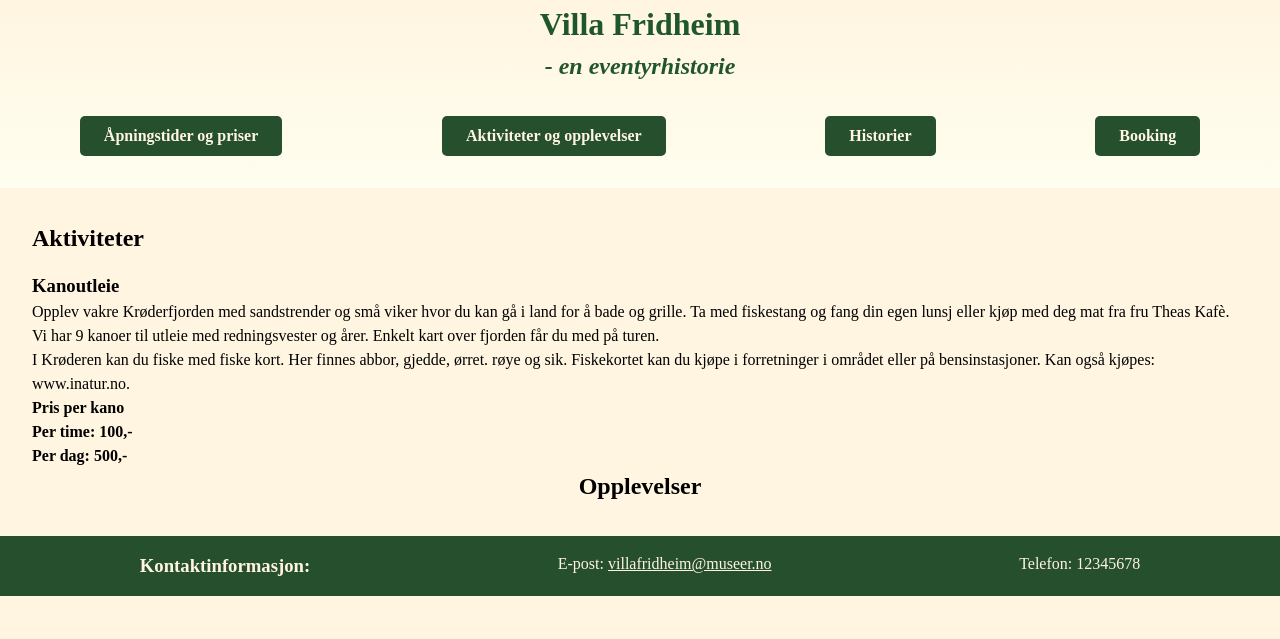
Repository: IdaHolmen/villa-fridheim
Page: src/activities.html
An editor plug-in stored every save of this project. The page is shown before and after the next save, followed by the edit.
The browser window is 1280 px wide. The pictures show the whole page.
Some web fonts or font styles are not loaded; a fallback is used.

Above is the page before, as saved 2024-10-07 13:40:51.

### src/activities.html
<!DOCTYPE html>
<html lang="en">
    <head>
        <meta charset="UTF-8" />
        <meta name="viewport" content="width=device-width, initial-scale=1.0" />
        <title>Villa Fridheim</title>
        <link rel="stylesheet" type="text/css" href="../css/reset.css" />
        <link rel="stylesheet" type="text/css" href="../css/style.css" />
    </head>
    <body>
        <header>
            <h1>Villa Fridheim</h1>
            <h2 id="sub-heading">- en eventyrhistorie</h2>

            <nav class="nav-bar">
                <a href="../index.html" class="nav-link">Åpningstider og priser</a>
                <a href="./activities.html" class="nav-link">Aktiviteter og opplevelser</a>
                <a href="./stories.html" class="nav-link">Historier</a>
                <a href="./booking.html" class="nav-link">Booking</a>
            </nav>
        </header>

        <main class="main-activities-container">
            <section class="activities-section">
                <h2>Aktiviteter</h2>
                <article class="activities">
                    <h3>Kanoutleie</h3>
                    <p>
                        Opplev vakre Krøderfjorden med sandstrender og små viker hvor du kan gå i land for å bade og
                        grille. Ta med fiskestang og fang din egen lunsj eller kjøp med deg mat fra fru Theas Kafè.
                    </p>
                    <p>
                        Vi har 9 kanoer til utleie med redningsvester og årer. Enkelt kart over fjorden får du med på
                        turen.
                    </p>
                    <p>
                        I Krøderen kan du fiske med fiske kort. Her finnes abbor, gjedde, ørret. røye og sik.
                        Fiskekortet kan du kjøpe i forretninger i området eller på bensinstasjoner. Kan også kjøpes:
                        www.inatur.no.
                    </p>
                    <div class="bold-text">
                        <p>Pris per kano</p>
                        <p>Per time: 100,-</p>
                        <p>Per dag: 500,-</p>
                    </div>
                </article>
            </section>
            <section class="experiences-section">
                <h2>Opplevelser</h2>
            </section>
        </main>

        <footer class="footer">
            <h3>Kontaktinformasjon:</h3>
            <p>
                E-post:
                <a href="" id="email-element">villafridheim@museer.no</a>
            </p>
            <p>Telefon: 12345678</p>
        </footer>
    </body>
</html>

### css/reset.css
*, *::before, *::after {
	box-sizing: border-box;
  }

* {
	margin: 0;
	padding: 0;
}

body {
	line-height: 1.5;
	-webkit-font-smoothing: antialiased;
}

img, picture, video, canvas, svg {
	display: block;
	max-width: 100%;
}

input, textarea, select {
	font: inherit;
}

p, h1, h2, h3, h4, h5, h6 {
	overflow-wrap: break-word;
}

#root, #__next {
	isolation: isolate;
}

button {
	font: inherit;
	background: transparent;
	border: none;
	cursor: pointer;
	touch-action: manipulation;
}

a {
	color: inherit;
	text-decoration: none;
}

### css/style.css
@import url('https://fonts.googleapis.com/css2?family=Caudex:ital,wght@0,400;0,700;1,400;1,700&display=swap');

/* BODY STYLING */
body {
    height: 100vh;
    width: 100%;
    display: flex;
    flex-direction: column;
    background-color: #fff5e1;
    font-family: 'Caudex', 'Times New Roman', Times, serif;
}

/* HEADER STYLING */
header {
    display: flex;
    flex-direction: column;
    justify-content: center;
    align-items: center;
    background: linear-gradient(180deg, rgba(255, 245, 225, 1) 0%, rgba(255, 254, 239, 1) 100%);
    color: #20562b;
    flex-basis: 15%;
}

#sub-heading {
    font-style: italic;
}

.nav-bar {
    width: 100%;
    color: black;
    display: flex;
    justify-content: space-around;
    flex-direction: row;
    text-align: center;
    margin: 1rem;
}

.nav-link {
    text-decoration: none;
    background-color: #264f2e;
    color: #fff5e1;
    padding: 0.5rem 1.5rem;
    font-weight: bold;
    margin: 1rem 2rem;
    border-radius: 5px;
    display: flex;
}

.nav-link:hover {
    background-color: #407e4d;
}

.nav-link:active {
    background-color: #162c1b;
}

#home-symbol {
    margin-right: 0.5rem;
}

/* FRONT PAGE STYLING */
.section-headline {
    font-size: 1.25rem;
}

.main-container {
    flex-basis: 80%;
    text-align: center;
    margin: 2rem;
}

.about-section {
    width: 100%;
    padding: 24px;
    display: flex;
}

.about-text {
    flex-basis: 50%;
    display: flex;
    justify-content: center;
    align-items: center;
    padding: 24px;
}

.image-container {
    flex-basis: 50%;
}

.front-page-images {
    border-radius: 3%;
}

/* STYLING FOR INFO PAGE */
.main-info-container {
    display: flex;
    flex-direction: row;
    align-items: center;
    margin: 2rem;
}

.info-text-container {
    flex-basis: 50%;
    width: 90%;
}

.info-image-container {
    flex-basis: 50%;
}

.info-image-container > img {
    border-radius: 3%;
}

.opening-hours-section,
.directions-section,
.prices-section {
    margin-bottom: 1rem;
}

.hours,
.price-element {
    margin: 1rem 0;
}

.price-element {
    width: 90%;
    display: flex;
    flex-direction: row;
    align-items: center;
    justify-content: space-between;
    font-size: 1rem;
}

/* STYLING FOR ACTIVITIES PAGE */
.main-activities-container {
    display: flex;
    flex-direction: column;
    align-items: center;
    margin: 2rem;
}

.activities {
    margin-top: 1rem;
}

.bold-text {
    font-weight: 900;
}

/* FOOTER */
footer {
    background-color: #264f2e;
    color: #fff5e1;
    flex-basis: 5%;
    display: flex;
    flex-direction: row;
    justify-content: space-around;
    padding: 1rem;
    font-size: 1rem;
}

a#email-element {
    text-decoration: underline;
}

After the next save:
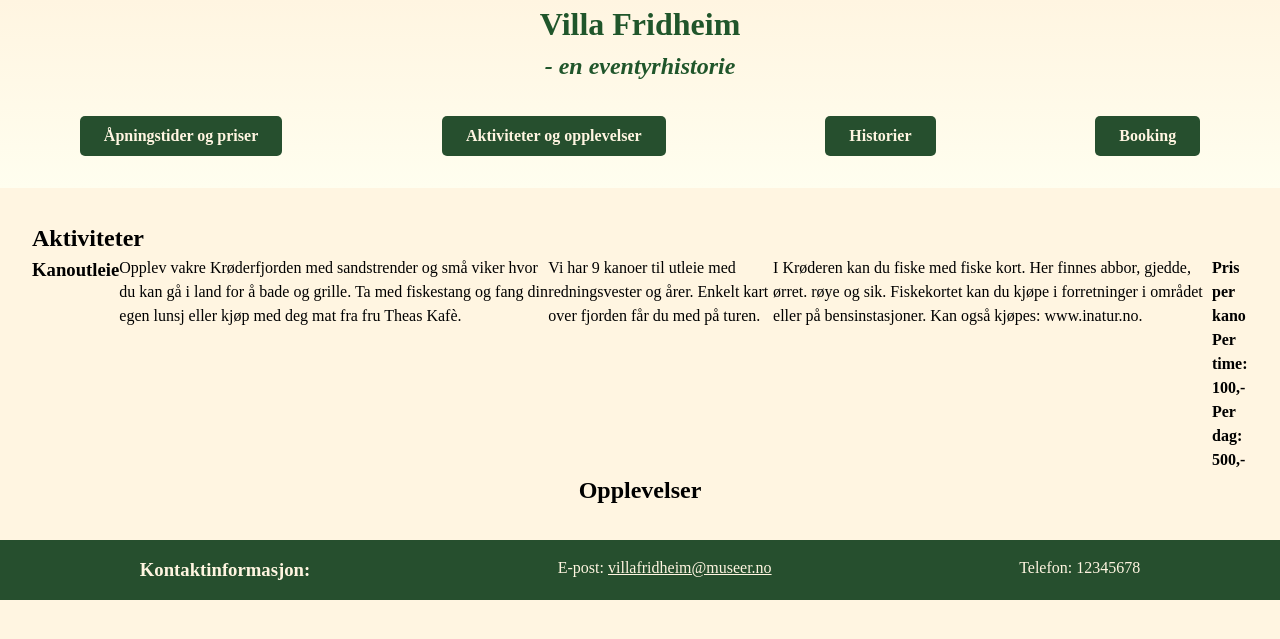
Saved 54 s later.
--- a/css/style.css
+++ b/css/style.css
@@ -141,7 +141,7 @@
 }
 
 .activities {
-    margin-top: 1rem;
+    display: flex;
 }
 
 .bold-text {
